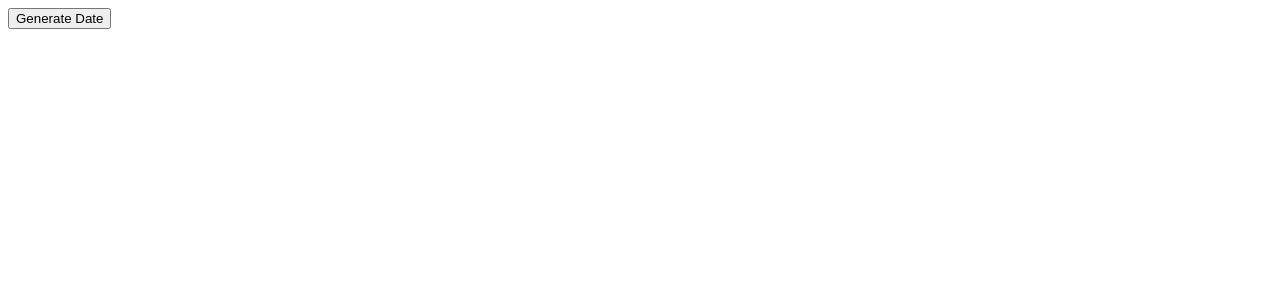
Repository: jfjadloc/jfjadloc.github.io
Page: Timestamp/index.html
These files come from the project's save history. The page is drawn as it stood at one moment and after a run of saves; the edit follows.
The browser window is 1280 px wide. The pictures show the whole page.

Above is the page before, as saved 2022-02-27 20:56:53.

After the next 2 saves:
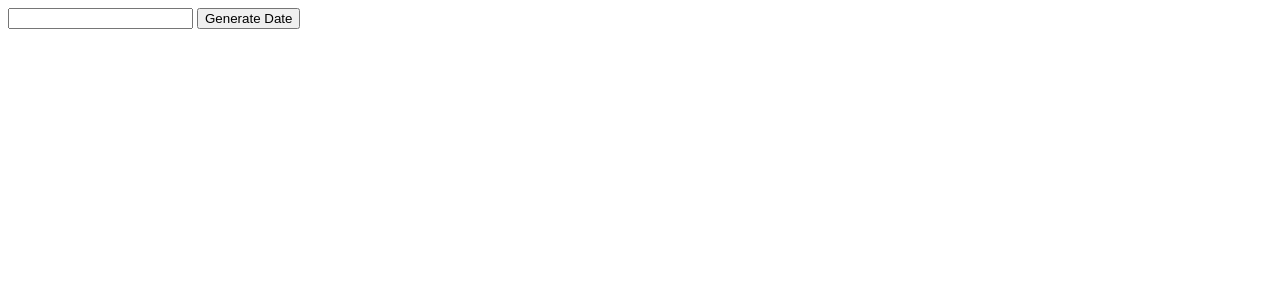
The 2 saves are shown as one change because they came seconds apart.
The last was saved 11 s later.
--- a/Timestamp/index.html
+++ b/Timestamp/index.html
@@ -7,6 +7,7 @@
     <title>Time Stamp Generator</title>
 </head>
 <body>
+    <input type="text" name="date_input" id="date_input">
     <button id="myBtn" onclick="displayDate()">Generate Date</button>
 
     <p id="answer"></p>
@@ -14,7 +15,8 @@
 
 <script>
     function displayDate() {
-        document.getElementById("answer").innerHTML = new Date();
+        var ST = document.getElementById("date_input").innerText;
+        document.getElementById("answer").innerHTML = "Trial";
     }
 </script>
 
